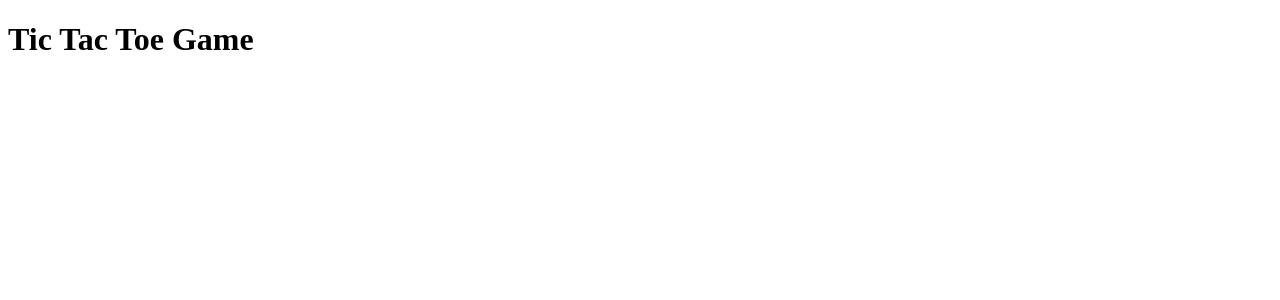
Repository: Wahid137/tic-tac-toe-game
Page: /
These files come from the project's save history. The page is drawn as it stood at one moment and after the next save; the edit follows.
The browser window is 1280 px wide. The pictures show the whole page.
The project was rebuilt for these pictures with package versions that can differ from the ones it lists, and the page was loaded fresh each time. Also part of the build but not shown: vite.config.js, src/App.css, src/index.css.

Above is the page before, as saved 2023-09-18 00:30:32.

After the next save:
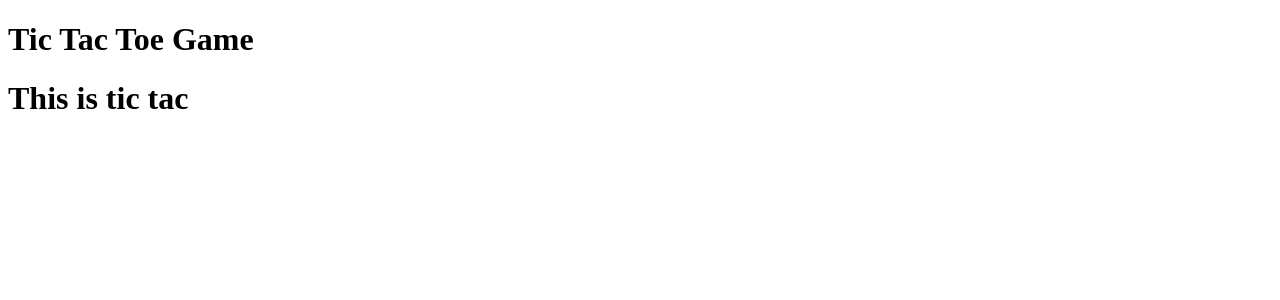
Saved 24 s later.
--- a/src/App.jsx
+++ b/src/App.jsx
@@ -1,9 +1,11 @@
 import "./App.css";
+import TicTacToeGame from "./Game/TicTacToeGame";
 
 function App() {
   return (
     <>
       <h1>Tic Tac Toe Game</h1>
+      <TicTacToeGame />
     </>
   );
 }
